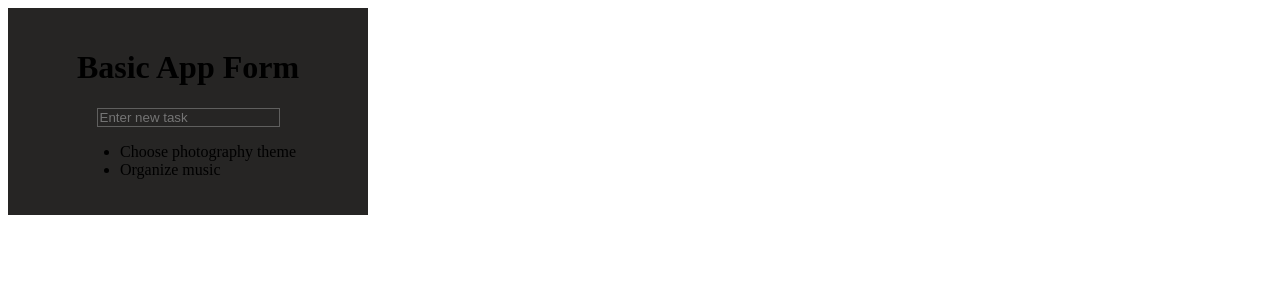
Repository: Kayla-amr/dgm_3760
Page: todoTemplate-W2/index.html
These files come from the project's save history. The page is drawn as it stood at one moment and after the next save; the edit follows.
The browser window is 1280 px wide. The pictures show the whole page.

Above is the page before, as saved 2022-10-17 10:55:07.

After the next save:
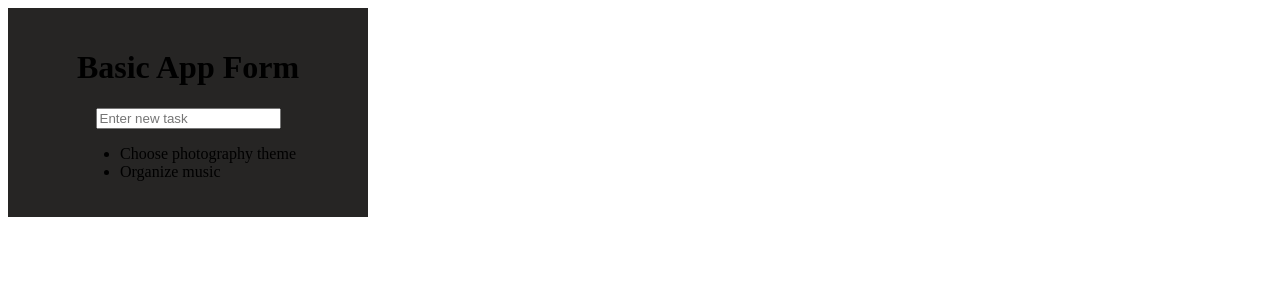
Saved 15 s later.
--- a/todoTemplate-W2/styles.css
+++ b/todoTemplate-W2/styles.css
@@ -7,6 +7,7 @@
     justify-content: center;
     align-items: center;
 }
+.formTitiile
 .userInput{
     background-color: #eaaf1900;
     border: 1px solid #808080a1;

After the save that followed:
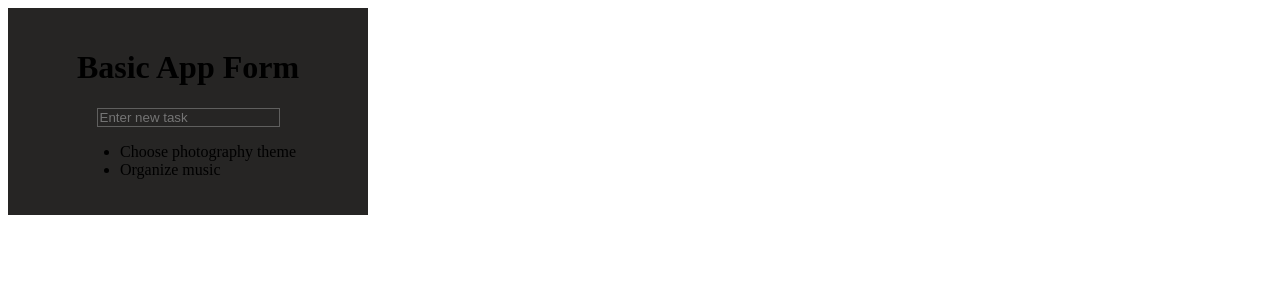
Saved 5 s later.
--- a/todoTemplate-W2/styles.css
+++ b/todoTemplate-W2/styles.css
@@ -7,7 +7,9 @@
     justify-content: center;
     align-items: center;
 }
-.formTitiile
+.formTitle{
+    color: f2f2f2;
+}
 .userInput{
     background-color: #eaaf1900;
     border: 1px solid #808080a1;
